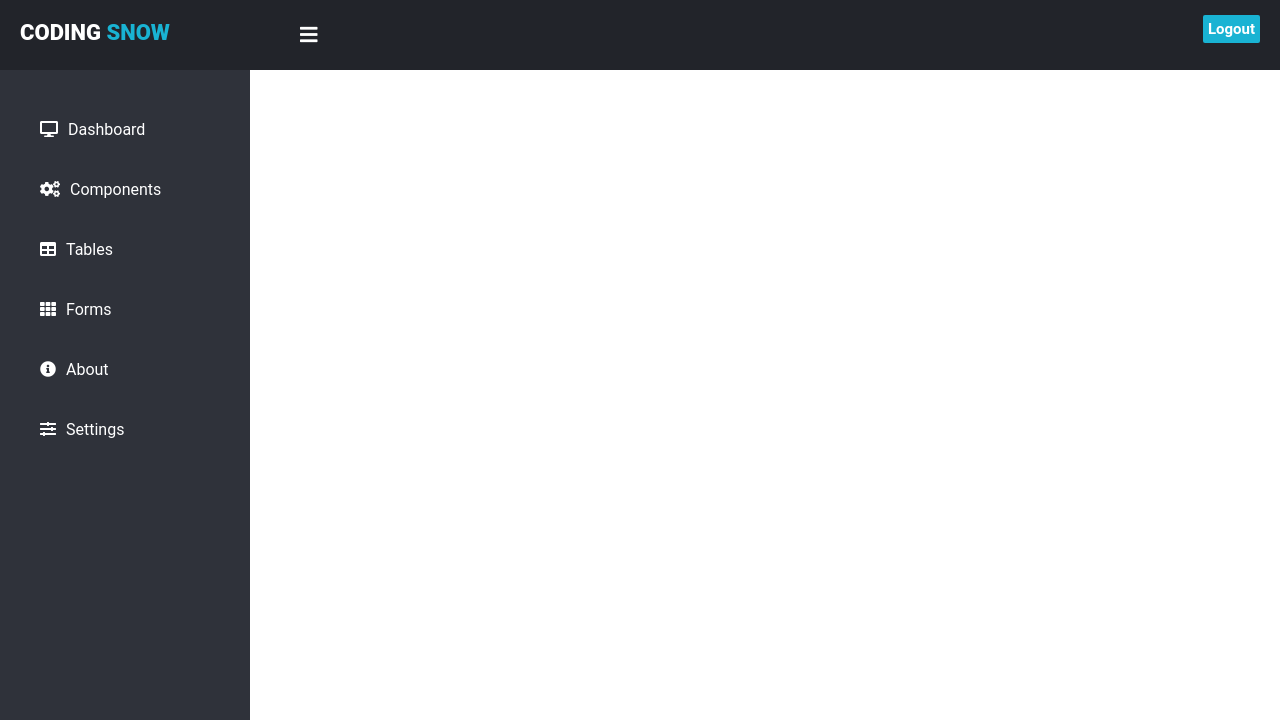
Repository: khanhdiii/DisplayHTML
Page: Sidebar/index.html
These files come from the project's save history. The page is drawn as it stood at one moment and after the next save; the edit follows.
The browser window is 1280 px wide. The pictures show the whole page.
Some web libraries are served in a nearby version.

Above is the page before, as saved 2021-10-02 16:10:46.

After the next save:
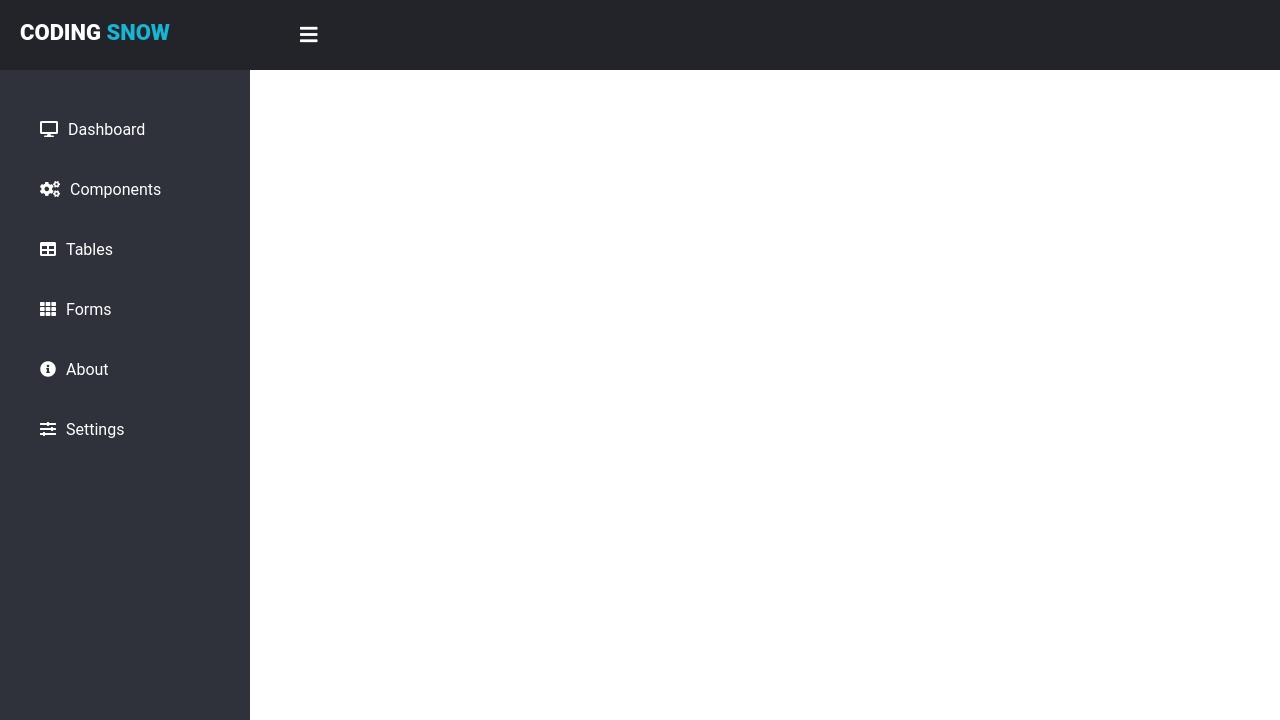
Saved 4 min 59 s later.
--- a/Sidebar/index.html
+++ b/Sidebar/index.html
@@ -21,9 +21,7 @@
             <div class="left_area">
                 <h3>Coding <span>Snow</span></h3>
             </div>
-            <div class="right_area">
-                <a href="#" class="logout_btn">Logout</a>
-            </div>
+
         </header>
         <!--header area end-->
         <!--mobile navigation bar start-->
